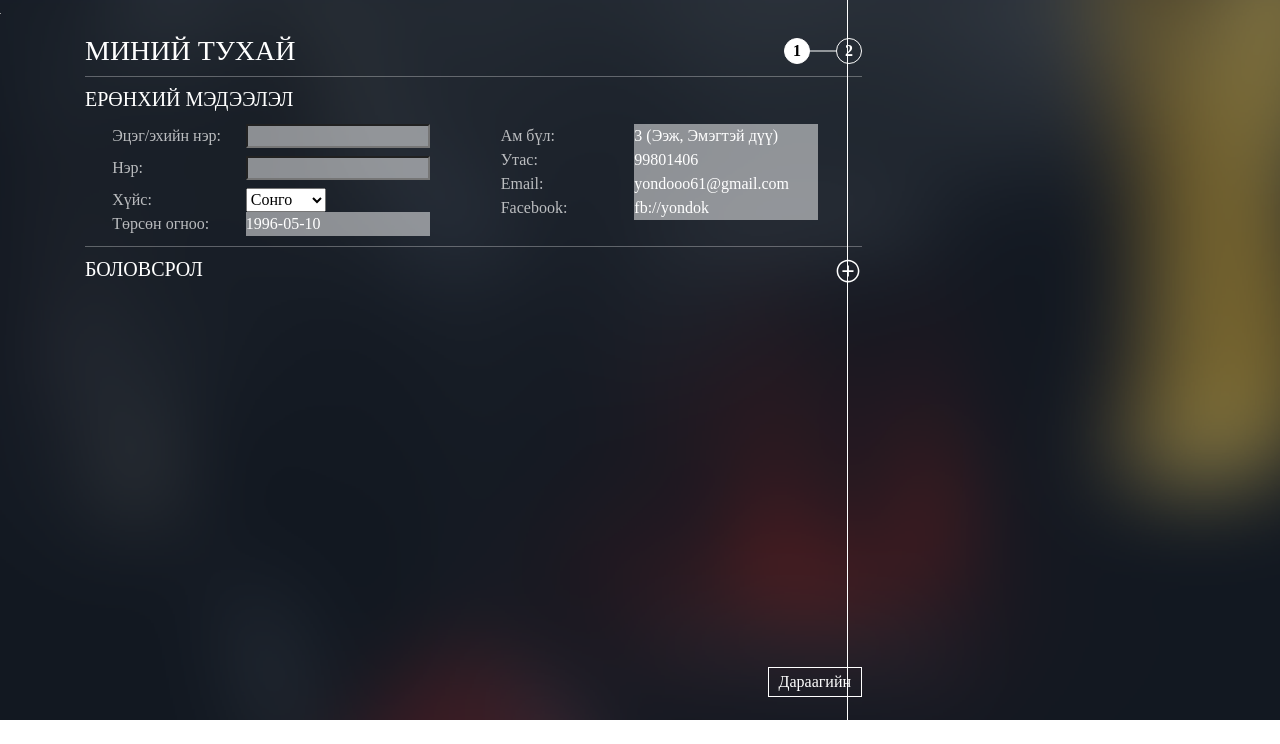
Repository: Yondo202/svProject
Page: /
These files come from the project's save history. The page is drawn as it stood at one moment and after the next save; the edit follows.
The browser window is 1280 px wide. The pictures show the whole page.
The project was rebuilt for these pictures with package versions that can differ from the ones it lists, and the page was loaded fresh each time. The framework's server and built-in components were replaced by stand-ins that run in the browser. Also part of the build but not shown: next.config.js, style/style.scss.

Above is the page before, as saved 2020-11-20 01:24:41.

### pages/_app.js
import React from "react";
import App from "next/app";
import '../style/style.scss'
import { AnimatePresence } from "framer-motion";
import { MenuProvider } from "@/miscs/ContextMenuProvider";
import { ThemeProvider } from "styled-components";
import * as theme from "@/miscs/theme";
import checkLanguage from "@/components/miscs/checkLanguage";

const base = "http://localhost:1337";

class MyApp extends App {
    state = {
        menu: [],
        completelyLoaded: false,
    };
    // async componentDidMount() {
    //     let res = await checkLanguage(queryString, null);
    //     this.setState({ completelyLoaded: true, menu: res.data.menu.Main});
    // }

    render() {
        const { Component, pageProps, router } = this.props;

        return (
            <ThemeProvider theme={theme}>
                <MenuProvider value={this.state}>
                    <AnimatePresence exitBeforeEnter>
                        <Component {...pageProps} key={router.route} />
                    </AnimatePresence>
                </MenuProvider>
            </ThemeProvider>
        );
    }
}

export default MyApp;

const queryString = ``

// const queryString = `
// {
// menu {
//     Main {
//     Title Slug Page {
//         Slug
//         }
//         }
//     }
// }`;

### pages/_document.js
import css from '../style/style.scss'
import Document, { Html, Head, Main, NextScript } from 'next/document'
import Pixel from "@/components/miscs/Pixel";

class MyDocument extends Document {
    render(){
        return(
            <Html lang="mn">
                <Head>
                    <link rel="stylesheet" href="https://stackpath.bootstrapcdn.com/bootstrap/4.3.1/css/bootstrap.min.css" integrity="sha384-ggOyR0iXCbMQv3Xipma34MD+dH/1fQ784/j6cY/iJTQUOhcWr7x9JvoRxT2MZw1T" crossOrigin="anonymous"/>
                    <link rel="shortcut icon" href="/img/ico.png" />
                    <link href="https://fonts.googleapis.com/css2?family=Roboto:wght@300;400;700&display=swap" rel="stylesheet"/>
                    <link href="https://fonts.googleapis.com/css2?family=Poppins:wght@300;400;500&display=swap" rel="stylesheet"></link>
                    <Pixel/>
                </Head>
                <body>
                    <Main/>
                    <NextScript/>
                </body>
            </Html>
        )
    }
}

export default MyDocument

### pages/index.js
import React from "react";
import { motion } from "framer-motion";
import Background from '../components/Top'
import Forms from '../components/mainForm'

function index() {
    return (
        <div>
            <Background />
            <Forms />
        </div>
    )
}

export default index




























// import Root from "@/core/Root";
// import ResolveComponent from "@/components/dynamic/ResolveComponent"
// import checkLanguage from "@/components/miscs/checkLanguage";
// import { MenuContext } from '@/miscs/ContextMenuProvider'
// import { useContext } from "react";

// const Index = ({ data }) => {

//     let { Layout } = data
//     const { completelyLoaded } = useContext(MenuContext);

//     return (
//         <motion.div exit={{ opacity: 0 }} initial={{ opacity: 0 }} animate={{ opacity: 1 }} >
//             <Root noFooter>
//                 {completelyLoaded &&
//                     <ResolveComponent data={Layout} />
//                 }
//             </Root>
//         </motion.div>
//     );

// };
// export default Index;

// export async function getServerSideProps({ params, req }) {
//     let res = await checkLanguage('/home', req, true);
//     return { props: { data: res.data } }
// }

### components/miscs/ContextMenuProvider.js
import React from 'react';

const MenuContext = React.createContext();

const MenuProvider = MenuContext.Provider
const MenuConsumer = MenuContext.Consumer

export {MenuProvider, MenuConsumer, MenuContext}

### components/miscs/theme.js
export const colorOne = "#532532";
export const colorTwo = "#123123";
export const fontSize = "16px";
export const fontFamily1 = "Poppins', sans-serif"

### components/miscs/checkLanguage.js
import fetch from "node-fetch";
import parseCookies from '@/miscs/parseCookies';

const checkLanguage = async (queryString, req, normal) =>{

    const cookies = parseCookies(req);
    const httpObject = { method: 'post', headers: { 'Content-Type': 'application/json'}, body: JSON.stringify({ query: `query ${queryString}`})}

    if(normal){
        return new Promise(async(resolve, reject) => {
            if(cookies['tb-lang'] === "en"){
                const res = await fetch(`http://localhost:1337${queryString}`);
                const pageData = await res.json();
                return resolve({data: pageData});
            }
            else{
                const res = await fetch(`http://localhost:1337${queryString}`);
                const pageData = await res.json();
                return resolve({data: pageData});
            }
        })
    }

    return new Promise(async(resolve, reject)=>{
      if(cookies['tb-lang'] === "en"){
          const res = await fetch('http://localhost:1337/graphql', httpObject)
          const pageData = await res.json()
          return resolve({data: pageData.data});
      }
      else{
          const res = await fetch('http://localhost:1337/graphql', httpObject)
          const pageData = await res.json()
          return resolve({data: pageData.data});
      }
    })

}

export default checkLanguage

### components/miscs/Pixel.js
import React from "react";

export default () => (
    <React.Fragment>
        <script
            dangerouslySetInnerHTML={{
                __html: `!function(f,b,e,v,n,t,s){if(f.fbq)return;n=f.fbq=function(){n.callMethod?n.callMethod.apply(n,arguments):n.queue.push(arguments)};if(!f._fbq)f._fbq=n;n.push=n;n.loaded=!0;n.version='2.0';n.queue=[];t=b.createElement(e);t.async=!0;t.src=v;s=b.getElementsByTagName(e)[0];s.parentNode.insertBefore(t,s)}(window,document,'script','https://connect.facebook.net/en_US/fbevents.js');fbq('init', '626874991348714'); fbq('track', 'PageView');`,
            }}
        />
        <noscript
            dangerouslySetInnerHTML={{
                __html: `<img height="1" width="1" src="https://www.facebook.com/tr?id=626874991348714&ev=PageView&noscript=1"/>`,
            }}
        />
    </React.Fragment>
);

### components/Top.js
// import React from 'react';

// const Test = ({data}) => {
//     return (
//         <div>
//             {data.Title && <h1>{data.Title}hahhaha</h1>}
//         </div>
//     );
// };

// export default Test;

import React from 'react'
import styled from 'styled-components'
function top({data}) {
    return (
        <Conainer style={{backgroundImage:"url('/img/Blur.png')"}}>
        </Conainer>
    )
}

export default top


const Conainer = styled.div`
    color:white;
    background-size: cover;
    background-position:center center;
    min-height: 80vh;
    max-height: 100vh;
    height: 100vh;
    width: 100%;
    position: fixed;
    top:0;
    z-index: -2;
`

### components/miscs/parseCookies.js
import cookie from 'cookie'

export default function parseCookies(req) {
    return cookie.parse(req ? req.headers.cookie || "" : document.cookie);
}

### components/form1.js
import React,{useState} from 'react'
import styled from 'styled-components'
import Modal from 'react-modal';
import {IoIosAddCircleOutline} from 'react-icons/io'
import {RiAddLine} from 'react-icons/ri'
import Education from '../components/education'
import Axios from 'axios';


const customStyles = {
    content : {
      top                   : '50%',
      left                  : '50%',
      right                 : 'auto',
      bottom                : 'auto',
      marginRight           : '-50%',
      transform             : 'translate(-50%, -50%)'
    }
  };

function form1() {
    var subtitle;
    const [modalIsOpen,setIsOpen] = React.useState(false);
    function openModal() {
      setIsOpen(true);
    }
    function closeModal(){
    setIsOpen(false);
    }
    const [Value,setValue] = useState('хоосон');


    const handleClick = async (e) =>{
        e.preventDefault();
        let rs = document.querySelectorAll('.getinput');
        let arr = Array.from(rs);
        let final = {};
        arr.map(element=>{
            let field = element.name;
            let value = element.value;
            final[field] = value
        });
        console.log(final, "kekeke")
        await Axios.post('http://localhost:1337/forms', final);
    }
    // const capitalize = (s) => {
    //     if (typeof s !== 'string') return ''
    //     return s.charAt(0).toUpperCase() + s.slice(1)
    //   }

    return (
        <Conainer>
            <div className="headerPAr">
                <h5 className="title">ЕРӨНХИЙ МЭДЭЭЛЭЛ</h5>
            </div>
            <div className="ParentInfo">
                <div className="colOne">
                    <div className="main-info">
                        <label className="B">Эцэг/эхийн нэр:</label>
                        <input className="getinput val" type="text" name="parent" />
                    </div>
                    <div className="main-info">
                        <label className="B">Нэр:</label>
                        <input className="getinput val" type="text" name="name" />
                    </div>
                    <div className="main-info">
                        <span className="B">Хүйс:</span>
                        <select className="getinput" name="sex" placeholder="сүно">
                            <option value="" >Сонго</option>
                            <option value="man">Эрэгтэй</option>
                            <option value="women">Эмэгтэй</option>
                        </select>
                    </div>
                    <div className="main-info">
                        <span className="B">Төрсөн огноо:</span>
                        <span className="val">1996-05-10</span>
                    </div>
                </div>

                <div className="colOne">
                    <div className="main-info">
                        <span className="B">Ам бүл:</span>
                        <span className="val">3 (Ээж, Эмэгтэй дүү)</span>
                    </div>
                    <div className="main-info">
                        <span className="B">Утас:</span>
                        <span className="val">99801406</span>
                    </div>
                    <div className="main-info">
                        <span className="B">Email:</span>
                        <span className="val">yondooo61@gmail.com</span>
                    </div>
                    <div className="main-info">
                        <span className="B">Facebook:</span>
                        <span className="val">fb://yondok</span>
                    </div>
                </div>
            </div>

            <Education />
        </Conainer>
    )
}

export default form1

const Conainer = styled.div`
    padding-top:10px;
    .headerPAr{
        width:70%;
        display:flex;
        flex-direction:row;
        justify-content:space-between;
        margin-bottom:5px;
        .svgBtn{
            cursor:pointer;
            font-size:28px;
            border-radius:50%;
            transition:all 0.3s ease;
            &:hover{
                color:black;
                background:white;
            }
        }
    }
    .ParentInfo{
         display:flex;
         flex-direction: row;
         justify-content:space-around;
         width:70%;
         font-size:16px;
         border-bottom: solid 0.5px rgba(255,255,255, 0.3);
         padding-bottom:10px;
         .colOne{
             width:43%;
             .main-info{
                display:flex;
                flex-direction:row;
                justify-content:start;

                 .B{
                     color:rgba(255,255,255, 0.7);
                     width:40%;
                 }
                 .val{
                    width:55%;
                    background:rgba(255,255,255, 0.5);
                    height:24px;
                 }
             }
         }
    }
    @media only screen and (max-width:786px){
        .headerPAr{
            width:100%;
        }
        .ParentInfo{
            flex-direction: column;
            width:100%;
            .colOne{
                width:100%;
            }
        }
    }
`

### components/form2.js
import React from 'react'
import styled from 'styled-components'
import Modal from 'react-modal';
import {IoIosAddCircleOutline} from 'react-icons/io'
import {RiAddLine} from 'react-icons/ri'
import Education from '../components/education'


const customStyles = {
    content : {
      top                   : '50%',
      left                  : '50%',
      right                 : 'auto',
      bottom                : 'auto',
      marginRight           : '-50%',
      transform             : 'translate(-50%, -50%)'
    }
  };

function form2() {
    var subtitle;
    const [modalIsOpen,setIsOpen] = React.useState(false);
    function openModal() {
      setIsOpen(true);
    }
    function afterOpenModal() {
        // references are now sync'd and can be accessed.
        subtitle.style.color = '#0E3232';
      }
    function closeModal(){
    setIsOpen(false);
    }
    return (
        <Conainer>
            <div className="headerPAr">
                <h5 className="title">ЕРӨНХИЙ МЭДЭЭЛЭЛ</h5>
                <div>
                <IoIosAddCircleOutline  className="svgBtn" onClick={openModal} />
                {/* <span  className="svgBtn" onClick={openModal}>+</span> */}
                    <Modal
                        isOpen={modalIsOpen}
                        onAfterOpen={afterOpenModal}
                        onRequestClose={closeModal}
                        style={customStyles}
                        contentLabel="Example Modal"
                    >
                        {/* <h2 ref={_subtitle => (subtitle = _subtitle)}>Hello</h2> */}
                        <button onClick={closeModal}>close</button>
                        <form>
                            {/* <input />
                            <button>tab navigation</button>
                            <button>stays</button>
                            <button>inside</button>
                            <button>the modal</button> */}
                        </form>
                    </Modal>
                    </div>
                </div>
            <div className="ParentInfo">
                <div className="colOne">
                    <div className="main-info">
                        <span className="B">Эцэг/эхийн нэр:</span>
                        <span className="val">Гантулга</span>
                    </div>
                    <div className="main-info">
                        <span className="B">Нэр:</span>
                        <span className="val">Ёндонжамц</span>
                    </div>
                    <div className="main-info">
                        <span className="B">Хүйс:</span>
                        <span className="val">Эр</span>
                    </div>
                    <div className="main-info">
                        <span className="B">Төрсөн огноо:</span>
                        <span className="val">1996-05-10</span>
                    </div>
                </div>

                <div className="colOne">
                    <div className="main-info">
                        <span className="B">Ам бүл:</span>
                        <span className="val">3 (Ээж, Эмэгтэй дүү)</span>
                    </div>
                    <div className="main-info">
                        <span className="B">Утас:</span>
                        <span className="val">99801406</span>
                    </div>
                    <div className="main-info">
                        <span className="B">Email:</span>
                        <span className="val">yondooo61@gmail.com</span>
                    </div>
                    <div className="main-info">
                        <span className="B">Facebook:</span>
                        <span className="val">fb://yondok</span>
                    </div>
                </div>
            </div>

            <Education />
        </Conainer>
    )
}

export default form2

const Conainer = styled.div`
    padding-top:10px;
    .headerPAr{
        width:70%;
        display:flex;
        flex-direction:row;
        justify-content:space-between;
        margin-bottom:5px;
        .svgBtn{
            cursor:pointer;
            font-size:28px;
            border-radius:50%;
            transition:all 0.3s ease;
            &:hover{
                color:black;
                background:white;
            }
        }
    }
    .ParentInfo{
         display:flex;
         flex-direction: row;
         justify-content:space-around;
         width:70%;
         font-size:16px;
         border-bottom: solid 0.5px rgba(255,255,255, 0.3);
         padding-bottom:10px;
         .colOne{
             width:43%;
             .main-info{
                display:flex;
                flex-direction:row;
                justify-content:space-between;

                 .B{
                     color:rgba(255,255,255, 0.7);
                     width:40%;
                 }
                 .val{
                    // margin-left:15px;
                    width:55%;
                 }
             }
         }
    }
`

### components/education.js
import React from 'react'
import styled from 'styled-components'
import {IoIosAddCircleOutline} from 'react-icons/io'
import Modal from 'react-modal';

const customStyles = {
    content : {
      top                   : '50%',
      left                  : '50%',
      right                 : 'auto',
      bottom                : 'auto',
      marginRight           : '-50%',
      transform             : 'translate(-50%, -50%)'
    }
  };
function education() {
    var subtitle;
    const [modalIsOpen,setIsOpen] = React.useState(false);
    function openModal() {
      setIsOpen(true);
    }
    function afterOpenModal() {
        // references are now sync'd and can be accessed.
        subtitle.style.color = '#0E3232';
      }
    function closeModal(){
    setIsOpen(false);
    }


    return (
        <Container>
            <div className="headerPAr">
                <h5 className="title">БОЛОВСРОЛ</h5>
                <div>
                <IoIosAddCircleOutline className="svgBtn" onClick={openModal} />
                    <Modal
                        isOpen={modalIsOpen}
                        onAfterOpen={afterOpenModal}
                        onRequestClose={closeModal}
                        style={customStyles}
                        contentLabel="Example Modal"
                    >
                        <h2 ref={_subtitle => (subtitle = _subtitle)}>Hello</h2>
                        <button onClick={closeModal}>close</button>
                        <form>
                            <input />
                            <button>tab navigation</button>
                            <button>stays</button>
                            <button>inside</button>
                            <button>the modal</button>
                        </form>
                    </Modal>
                    </div>
                </div>
        </Container>
    )
}

export default education


const Container = styled.div`
    padding-top:10px;

`

Loaded but not shown: components/mainForm.js (180 lines, source omitted)

After the next save:
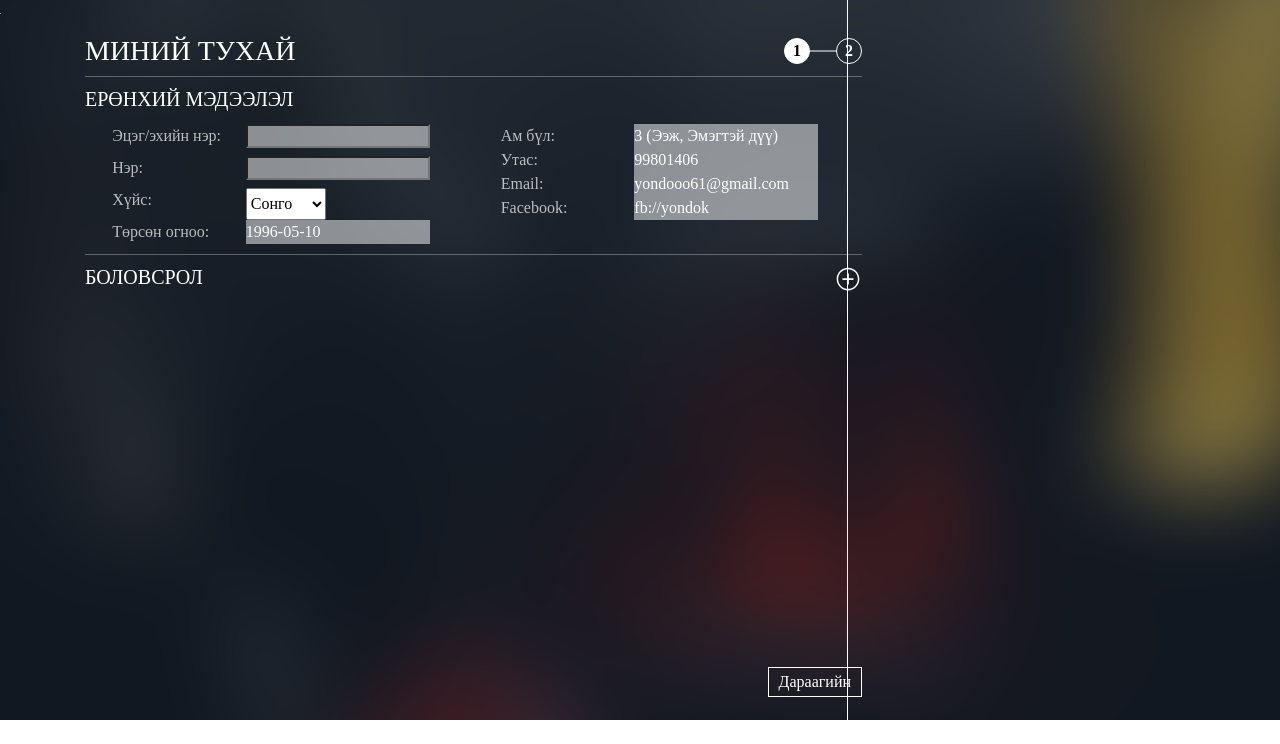
Saved 38 s later.
--- a/components/form1.js
+++ b/components/form1.js
@@ -64,7 +64,7 @@ function form1() {
                         <input className="getinput val" type="text" name="name" />
                     </div>
                     <div className="main-info">
-                        <span className="B">Хүйс:</span>
+                        <label className="B">Хүйс:</label>
                         <select className="getinput" name="sex" placeholder="сүно">
                             <option value="" >Сонго</option>
                             <option value="man">Эрэгтэй</option>
